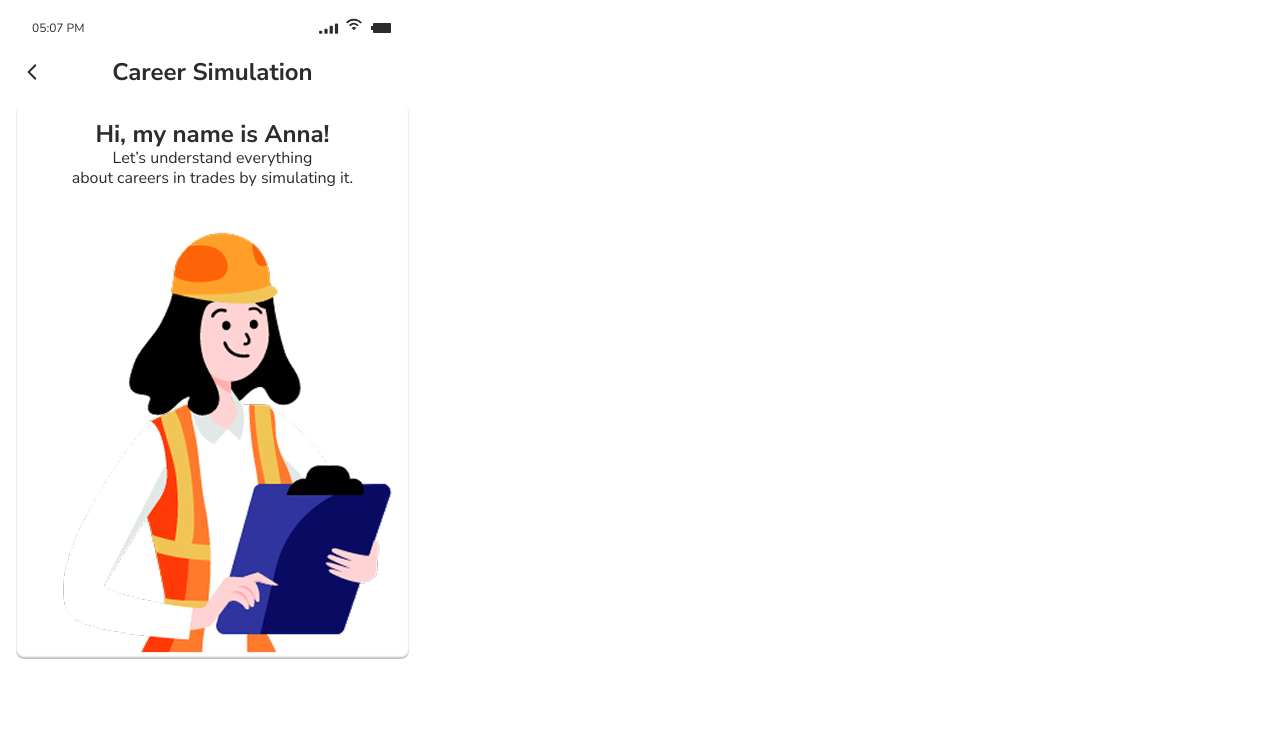
Repository: daniel-liu01/week10books
Page: /
An editor plug-in stored every save of this project. The page is shown before and after the next save, followed by the edit.
The browser window is 1280 px wide. The pictures show the whole page.
The project was rebuilt for these pictures with package versions that can differ from the ones it lists, and the page was loaded fresh each time. Also part of the build but not shown: vite.config.js, vite.config.ts, src/App.css.

Above is the page before, as saved 2025-10-17 18:16:51.

### index.html
<!DOCTYPE html>
<html lang="en">
    <head>
        <meta charset="UTF-8" />
        <link
            rel="icon"
            type="image/svg+xml"
            href="/vite.svg" />
        <meta
            name="viewport"
            content="width=device-width, initial-scale=1.0" />
        <title>frontend</title>
        <link
            rel="preconnect"
            href="https://fonts.googleapis.com" />
        <link
            rel="preconnect"
            href="https://fonts.gstatic.com"
            crossorigin />
        <link
            href="https://fonts.googleapis.com/css2?family=Nunito+Sans:ital,opsz,wght@0,6..12,200..1000;1,6..12,200..1000&display=swap"
            rel="stylesheet" />
    </head>
    <body>
        <div id="root"></div>
        <script
            type="module"
            src="/src/main.jsx"></script>
    </body>
</html>

### src/index.css
/* ------------------------------------------------------ GENERAL STYLES ------------------------------------------------------ */
*,
*::before,
*::after {
    box-sizing: inherit;
}

html,
body {
    font-family: var(--font-family);
    box-sizing: border-box;
}

body {
    width: 393px;
    min-height: 100vh;
    margin: 16px;
    display: flex;
    flex-direction: column;
    gap: var(--space-large);
}

html {
    display: flex;
    align-items: flex-start;
}

/* ------------------------------------------------------ VARIABLES ------------------------------------------------------ */
:root {
    /* ----- COLORS ----- */
    --primary-50: #fff1e6;
    --primary-100: #ffd4b0;
    --primary-200: #ffbf8a;
    --primary-300: #ffa155;
    --primary-400: #ff8f34;
    --primary-500: #ff7301;
    --primary-600: #e86901;
    --primary-700: #b55201;
    --primary-800: #8c3f01;
    --primary-900: #6b3000;

    --secondary-50: #eefae6;
    --secondary-100: #cbefb1;
    --secondary-200: #b2e88b;
    --secondary-300: #8fdd55;
    --secondary-400: #79d635;
    --secondary-500: #58cc02;
    --secondary-600: #50ba02;
    --secondary-700: #3e9101;
    --secondary-800: #307001;
    --secondary-900: #255601;

    /* -- neutral colors -- */

    --offwhite-500: #f9f9f9;
    --white: #ffffff;
    --black-50: #eaeaea;
    --black-100: #bebebd;
    --black-200: #9e9e9d;
    --black-300: #727271;
    --black-400: #575655;
    --black-500: #2d2c2b;

    /* ----- TYPE ----- */
    --font-family: "Nunito Sans", sans-serif;

    --font-size-extra-large: 88px;
    --font-size-large: 30px;
    --font-size-extra-medium: 24px;
    --font-size-medium: 20px;
    --font-size-regular: 16px;
    --font-size-small: 12px;
    --font-size-extra-small: 10px;

    --font-style-normal: normal;
    --font-weight-bold: bold;

    --line-height-xxlarge: 100px;
    --line-height-large: 36px;
    --line-height-medium: 28px;
    --line-height-small: 20px;

    /* ----- SPACING ----- */
    --space-extra-small: 4px;
    --space-small: 8px;
    --space-regular: 16px;
    --space-medium: 32px;
    --space-large: 48px;
    --space-extra-large: 140px;

    /* ----- Inner shadow ----- */
    --inner-shadow: 0 -2px 2px 0 rgba(0, 0, 0, 0.25);
}

### src/App.jsx
import { useState } from "react";
import { BrowserRouter as Router, Routes, Route } from "react-router-dom";
import "./App.css";

import Simulation from "../app/Simulation/Simulation";

function App() {
    return (
        <div>
            <Simulation />
        </div>
    );
}

export default App;

### app/Simulation/Simulation.jsx
import styles from "./Simulation.module.css";
import StatusBar from "../../components/StatusBar/StatusBar";
import HeadingBar from "../../components/HeadingBar/HeadingBar";
import Card from "../../components/Card/Card";

function Simulation() {
    return (
        <div className={styles.container}>
            <StatusBar />
            <HeadingBar />
            <Card
                image='Anna.png'
                title='Hi, my name is Anna!'
                description={
                    <>
                        Let’s understand everything <br />
                        about careers in trades by simulating it.
                    </>
                }
            />
        </div>
    );
}

export default Simulation;

### app/Simulation/Simulation.module.css
.container {
    display: flex;
    flex-direction: column;
    gap: var(--space-regular); /* 16px */
}

### components/StatusBar/StatusBar.jsx
import styles from "./StatusBar.module.css";
import Hour from "../Hour/Hour";

const StatusBar = () => {
    return (
        <div className={styles.container}>
            <Hour />
            <div className={styles.right}>
                <svg
                    className={styles.icon}
                    width='20'
                    height='11'
                    viewBox='0 0 20 11'
                    fill='none'
                    xmlns='http://www.w3.org/2000/svg'>
                    <rect
                        x='15.8765'
                        y='0.600098'
                        width='3.23284'
                        height='10.2222'
                        rx='1.02778'
                    />
                    <rect
                        x='10.6338'
                        y='2.64453'
                        width='3.23284'
                        height='8.17778'
                        rx='1.02778'
                    />
                    <rect
                        x='5.3916'
                        y='5.71094'
                        width='3.23284'
                        height='5.11111'
                        rx='1.02778'
                    />
                    <rect
                        x='0.0327148'
                        y='7.75537'
                        width='3.23284'
                        height='3.06667'
                        rx='1.02778'
                    />
                </svg>

                <svg
                    className={styles.icon}
                    width='22'
                    height='20'
                    viewBox='0 0 22 20'
                    fill='none'
                    xmlns='http://www.w3.org/2000/svg'>
                    <mask
                        id='path-1-inside-1_2157_1042'
                        fill='white'>
                        <path d='M15.9006 7.3897C15.3805 6.57002 14.6486 5.88977 13.7741 5.41333C12.8995 4.93689 11.9113 4.68001 10.9029 4.66702C9.89445 4.65403 8.89922 4.88535 8.01135 5.33908C7.12349 5.79281 6.37237 6.45396 5.82907 7.25994L7.69376 8.391C8.03417 7.88601 8.50479 7.47176 9.06109 7.18747C9.6174 6.90317 10.241 6.75824 10.8728 6.76638C11.5046 6.77452 12.1238 6.93547 12.6718 7.23399C13.2197 7.53251 13.6783 7.95873 14.0042 8.47231L15.9006 7.3897Z' />
                    </mask>
                    <path
                        d='M15.9006 7.3897C15.3805 6.57002 14.6486 5.88977 13.7741 5.41333C12.8995 4.93689 11.9113 4.68001 10.9029 4.66702C9.89445 4.65403 8.89922 4.88535 8.01135 5.33908C7.12349 5.79281 6.37237 6.45396 5.82907 7.25994L7.69376 8.391C8.03417 7.88601 8.50479 7.47176 9.06109 7.18747C9.6174 6.90317 10.241 6.75824 10.8728 6.76638C11.5046 6.77452 12.1238 6.93547 12.6718 7.23399C13.2197 7.53251 13.6783 7.95873 14.0042 8.47231L15.9006 7.3897Z'
                        strokeWidth='4.11111'
                        mask='url(#path-1-inside-1_2157_1042)'
                    />
                    <mask
                        id='path-2-inside-2_2157_1042'
                        fill='white'>
                        <path d='M19.0832 4.55309C18.1524 3.34672 16.9405 2.3605 15.542 1.67127C14.1435 0.982029 12.5961 0.608389 11.0204 0.579456C9.4447 0.550522 7.88323 0.867077 6.45765 1.50446C5.03207 2.14184 3.78086 3.08283 2.80152 4.25413L4.5268 5.55219C5.29548 4.63284 6.27755 3.89425 7.39649 3.39397C8.51543 2.8937 9.74102 2.64523 10.9778 2.66794C12.2145 2.69065 13.4291 2.98392 14.5268 3.5249C15.6245 4.06588 16.5757 4.83997 17.3063 5.78684L19.0832 4.55309Z' />
                    </mask>
                    <path
                        d='M19.0832 4.55309C18.1524 3.34672 16.9405 2.3605 15.542 1.67127C14.1435 0.982029 12.5961 0.608389 11.0204 0.579456C9.4447 0.550522 7.88323 0.867077 6.45765 1.50446C5.03207 2.14184 3.78086 3.08283 2.80152 4.25413L4.5268 5.55219C5.29548 4.63284 6.27755 3.89425 7.39649 3.39397C8.51543 2.8937 9.74102 2.64523 10.9778 2.66794C12.2145 2.69065 13.4291 2.98392 14.5268 3.5249C15.6245 4.06588 16.5757 4.83997 17.3063 5.78684L19.0832 4.55309Z'
                        strokeWidth='4.11111'
                        mask='url(#path-2-inside-2_2157_1042)'
                    />
                    <path d='M13.5162 9.77759L10.8222 12.3331L8.66699 9.77759L9.23963 9.50599C10.2507 9.02643 11.4136 8.97977 12.4599 9.37676L13.5162 9.77759Z' />
                </svg>

                <svg
                    className={styles.icon}
                    width='24'
                    height='24'
                    viewBox='0 0 24 24'
                    fill='none'
                    xmlns='http://www.w3.org/2000/svg'>
                    <path d='M5 17C4.71667 17 4.47917 16.9042 4.2875 16.7125C4.09583 16.5208 4 16.2833 4 16V14H2V10H4V8C4 7.71667 4.09583 7.47917 4.2875 7.2875C4.47917 7.09583 4.71667 7 5 7H21C21.2833 7 21.5208 7.09583 21.7125 7.2875C21.9042 7.47917 22 7.71667 22 8V16C22 16.2833 21.9042 16.5208 21.7125 16.7125C21.5208 16.9042 21.2833 17 21 17H5Z' />
                </svg>
            </div>
        </div>
    );
};

export default StatusBar;

### components/HeadingBar/HeadingBar.jsx
import styles from "./HeadingBar.module.css";
import ArrowBack from "../ArrowBack/ArrowBack";

function HeadingBar() {
    return (
        <div className={styles.heading_container}>
            <ArrowBack />
            <h1 className={styles.heading_pageTitle}>Career Simulation</h1>
            <div className={styles.heading_placeholder}></div>
        </div>
    );
}

export default HeadingBar;

### components/Card/Card.jsx
import styles from "./Card.module.css";

function Card({ image, title, description }) {
    return (
        <div className={styles.container}>
            <div className={styles.content}>
                <h3 className={styles.title}>{title}</h3>
                <p className={styles.description}>{description}</p>
            </div>
            {image && (
                <div className={styles.image_wrapper}>
                    <img
                        src={image}
                        alt={title}
                        className={styles.image}
                    />
                </div>
            )}
        </div>
    );
}

export default Card;

### components/StatusBar/StatusBar.module.css
.container {
    display: flex;
    flex-direction: row;
    align-items: center;
    justify-content: space-between;
    width: 393px;
    padding: 0 var(--space-regular);
    margin: 0;
}

.right {
    display: flex;
    align-items: center;
    gap: var(--space-extra-small);
}

.icon {
    fill: var(--black-500);
}

### components/Hour/Hour.jsx
"use client";
import { useEffect, useState } from "react";
import styles from "./Hour.module.css";

const Hour = () => {
    const [currentTime, setCurrentTime] = useState(new Date());

    useEffect(() => {
        const timer = setInterval(() => {
            setCurrentTime(new Date());
        }, 1000);

        return () => clearInterval(timer);
    }, []);

    const formattedTime = currentTime.toLocaleTimeString("en-US", {
        hour: "2-digit",
        minute: "2-digit",
        hour12: true,
    });

    return <div className={styles.hour}>{formattedTime}</div>;
};

export default Hour;

### components/HeadingBar/HeadingBar.module.css
.heading_container {
    width: 100%;
    display: flex;
    align-items: center;
    justify-content: space-between;
    gap: var(--space-small);
    margin: 0;
    padding: 0;
}

.heading_pageTitle {
    font-weight: var(--font-weight-bold);
    font-size: var(--font-size-extra-medium);
    margin: 0;
    line-height: 1;
    color: var(--black-500);
}

.heading_placeholder {
    width: var(--space-medium);
    height: var(--space-medium);
    visibility: hidden;
}

### components/ArrowBack/ArrowBack.jsx
import styles from "./ArrowBack.module.css";

function ArrowBack() {
    return (
        <div className={styles.arrow_container}>
            <svg
                className={styles.arrow_icon}
                xmlns='http://www.w3.org/2000/svg'
                width='16'
                height='16'
                viewBox='0 0 12 20'
                fill='none'>
                <path
                    d='M10.7071 19.2929C10.3166 19.6834 9.68342 19.6834 9.29289 19.2929L0.707106 10.7071C0.316582 10.3166 0.316583 9.68342 0.707107 9.29289L9.29289 0.707106C9.68342 0.316582 10.3166 0.316582 10.7071 0.707107L11.0679 1.06789C11.4584 1.45842 11.4584 2.09158 11.0679 2.48211L3.55 10L11.0679 17.5179C11.4584 17.9084 11.4584 18.5416 11.0679 18.9321L10.7071 19.2929Z'
                    fill='currentColor'
                />
            </svg>
        </div>
    );
}

export default ArrowBack;

### components/Card/Card.module.css
.container {
    display: flex;
    flex-direction: column;
    justify-content: space-between;
    align-items: center;
    border-radius: var(--space-small);
    background: var(--white);
    box-shadow: var(--inner-shadow) inset;
}

.content {
    display: flex;
    flex-direction: column;
    justify-content: space-between;
    align-items: center;
    font-family: var(--font-family);
    color: var(--black-500);
    text-align: center;
    padding: var(--space-regular);
}

.title {
    font-size: var(--font-size-extra-medium);
    font-weight: var(--font-weight-bold);
    line-height: var(--line-height-medium);
    margin: 0;
}

.description {
    font-size: var(--font-size-regular);
    line-height: var(--line-height-small);
    margin: 0;
}

.image_wrapper {
}

.image {
}

### components/Hour/Hour.module.css
.hour {
    color: var(--black-500);
    font-family: var(--font-family);
    font-size: var(--font-size-small);
}

### components/ArrowBack/ArrowBack.module.css
.arrow_container {
    display: inline-flex;
    align-items: center;
    justify-content: center;
    background: none;
    border: none;
    cursor: pointer;
    padding: 0;
    width: var(--space-medium);
    height: var(--space-medium);
}

.arrow_icon {
    color: var(--black-500);
    width: var(--space-regular);
    height: var(--space-regular);
}

.arrow_container:hover .arrow_icon {
    color: var(--primary-500);
}

Loaded but not shown: src/main.jsx (common file)

After the next save:
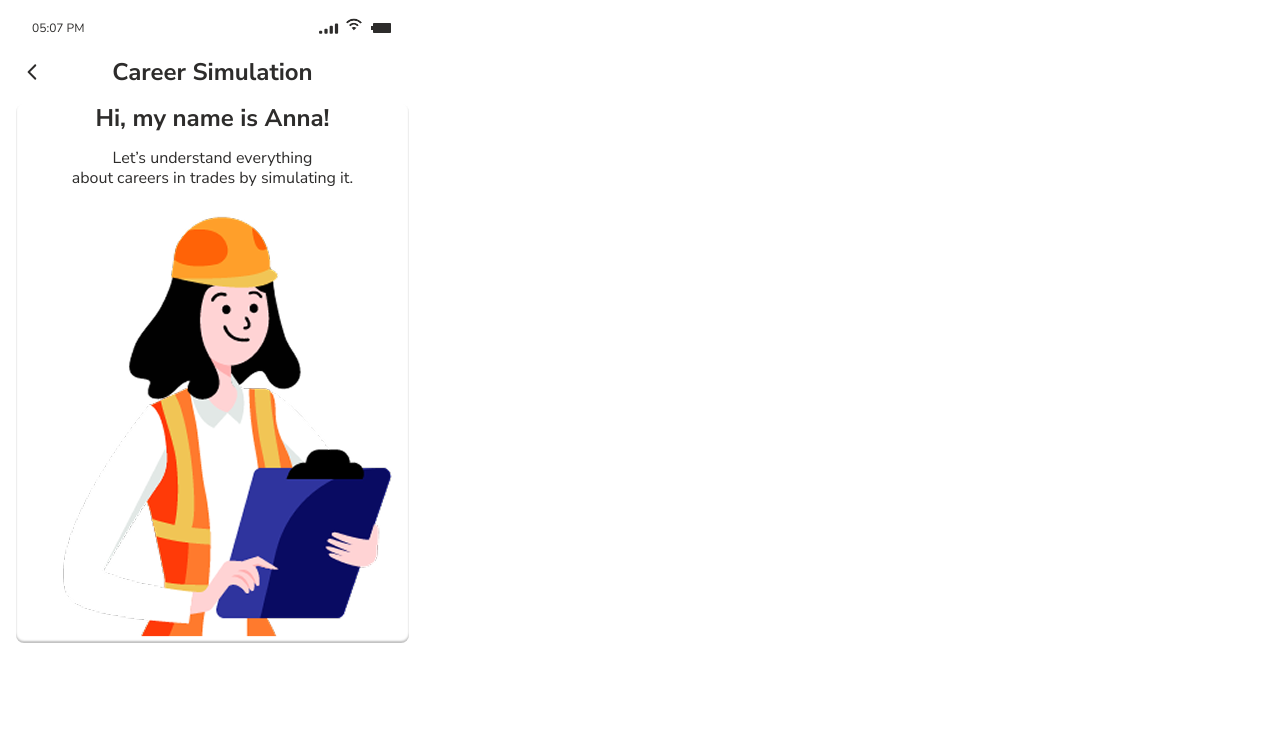
Saved 7 s later.
--- a/components/Card/Card.module.css
+++ b/components/Card/Card.module.css
@@ -16,7 +16,7 @@
     font-family: var(--font-family);
     color: var(--black-500);
     text-align: center;
-    padding: var(--space-regular);
+    gap: var(--space-regular);
 }
 
 .title {
